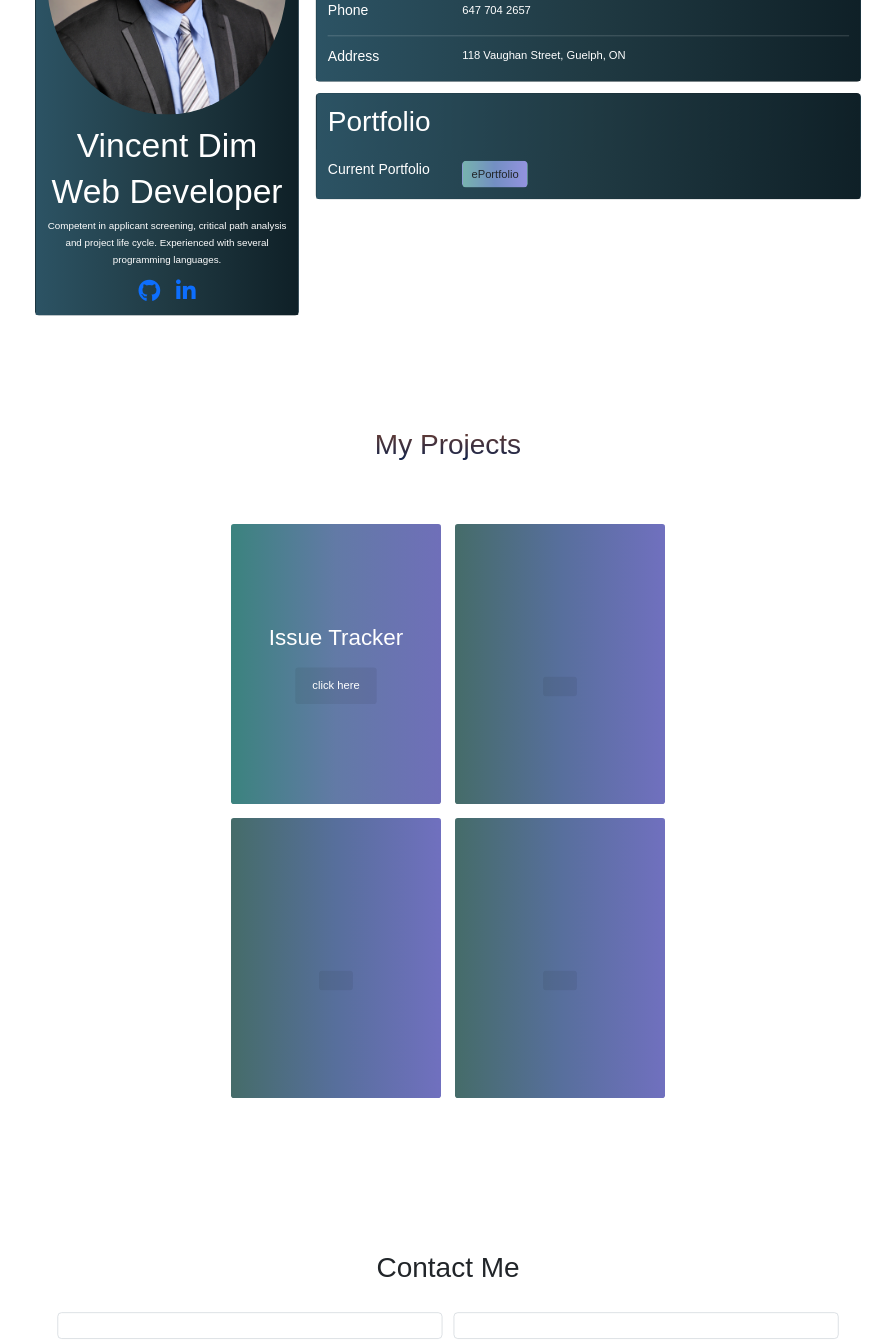
Repository: dvynchi/profile-2022
Page: index.html
The author's editor kept a copy of each file at every save. The page is drawn from the files as they stood at one save, then again after the next save.
The browser window is 1280 px wide. The pictures show the part of the page from y = 404 to 2324 px (the page is 2775 px tall before and 2746 px after), at 70% of full size.
Some web libraries are served in a nearby version.

Above is the page before, as saved 2022-08-31 16:08:48.

### index.html
<!DOCTYPE html>
<html lang="en">
<head>
    <meta charset="UTF-8">
    <meta http-equiv="X-UA-Compatible" content="IE=edge">
    <meta name="viewport" content="width=device-width, initial-scale=1.0">
    <title>Vincent Dim</title>
    <!-- embed remote icon library -->
    <script src="https://kit.fontawesome.com/f634dfbd28.js" crossorigin="anonymous"></script>
    <link rel="stylesheet" href="styles.css">
    <!-- embed remote style sheet - bootstrap -->
    <link rel="stylesheet" href="https://cdn.jsdelivr.net/npm/bootstrap@5.2.0/dist/css/bootstrap.min.css" rel="stylesheet" integrity="sha384-gH2yIJqKdNHPEq0n4Mqa/HGKIhSkIHeL5AyhkYV8i59U5AR6csBvApHHNl/vI1Bx" crossorigin="anonymous">
</head>

<body>

    <!-- Navbar Section -->

    <nav class="nav">
        <div class="navbar_container">
            <a href="#about" id="navbar_logo"><i class="fa fa-home fa" aria-hidden="true"></i></a>  <!--<a> is used to create hyperlink named color-->

                <!--create hamburger menu (3 bars)-->
            <div class="navbar_toggle" id="mobile-menu">
                <span class="bar"></span>
                <span class="bar"></span>
                <span class="bar"></span>
            </div>

            <!--CREATE NAV MENU-->
            <ul class="navbar_menu">
                <li class="navbar_item">
                    <a href="#about" class="navbar_links" id="about-page">About</a>
                </li>
                <li class="navbar_item">
                    <a href="#projects" class="navbar_links" id="projects-page">Projects</a>
                </li>
                <li class="navbar_item">
                    <a href="#contact" class="navbar_links" id="contact-page">Contact Me</a>
                </li>
            </ul>

            <!-- GitHub and Linkedin -->
            <!-- <ul class="icons">
                <li><a href="https://github.com/dvynchi/" class="github-icon"><span class="fa-brands fa-github"></span></a></li>
                <li><a href="https://www.linkedin.com/in/vincentdim/" class="linkedin-icon"><span class="fa-brands fa-linkedin-in"></span></a></li>
            </ul> -->
        </div>
    </nav>

    <!-- ABOUT and SIDEBAR -->
    <div class="main" id="about">
        <div class="main_container">
             <!-- SIDE BAR SECTION -->
             <div class="row">
                <div class="col-md-4 mt-1">
                    <div class="card text-center sidebar">
                        <div class="card-body">
                            <img src="./images/profile-pic-crop.png" class="rounded-circle" width="315" alt="profile picture">
                            <div class="mt-3">
                                <h3>Vincent Dim</h3>
                                <h2>Web Developer</h2>
                                <p>
                                    <small>
                                         Competent in applicant screening, critical path analysis and project life cycle. Experienced with several programming languages.
                                    </small>
                                </p>
                                <div class="" >
                                    <a href="https://github.com/dvynchi/" class="github-icon"><span class="fa-brands fa-github fa-2x "></span></a>
                                    <a>&nbsp&nbsp&nbsp</a>
                                    <a href="https://www.linkedin.com/in/vincentdim/" class="linkedin-icon"><span class="fa-brands fa-linkedin-in fa-2x"></span></a>
                                </div>
                            </div>
                        </div>
                    </div>
                </div>
                <!-- ABOUT SECTION -->
                <div class="col-md-8 mt-1">
                    <div class="card mb-3 content">
                        <h1 class="m-3 pt-3">About</h1>
                        <div class="card-body">
                            <div class="row">
                                <div class="col-md-3"><h5>Name</h5></div>
                                <div class="col-md-9"> Vincent Dim </div>
                            </div>
                            <hr> <!-- line break -->

                            <div class="row">
                                <div class="col-md-3"><h5>Email</h5></div>
                                <div class="col-md-9"> dvynchi@gmail.com</div>
                            </div>
                            <hr> <!-- line break -->

                            <div class="row">
                                <div class="col-md-3"><h5>Phone</h5></div>
                                <div class="col-md-9">647 704 2657</div>
                            </div>
                            <hr> <!-- line break -->

                            <div class="row">
                                <div class="col-md-3"><h5>Address</h5></div>
                                <div class="col-md-9">118 Vaughan Street, Guelph, ON</div>
                            </div>
                        </div>
                    </div>

                    <div class="card mb-3 content">
                        <h1 class="m-3">Portfolio</h1>
                        <div class="card-body">
                            <div class="row">
                                <div class="col-md-3">
                                    <h5>Current Portfolio</h5>
                                </div>
                                <div class="col-md-9">
                                    <a class="btn" href="https://drive.google.com/file/d/1sKFhM-arx19VCDvBgE4qauaddv_2z7kX/view?usp=sharing" role="button">ePortfolio</a>
                                </div>
                            </div>
                        </div>
                    </div>
                </div>
            </div>
        </div>
    </div>


    <!-- PROJECTS SECTION (use image tag in place of p to insert an image)-->

    <div class="projects" id="projects">
        <h1>My Projects</h1>
        <div class="projects_wrapper">

            <div class="projects_card">
                <h2>Issue Tracker</h2>
                <!-- <p>Description proj 1...</p> -->
                <div class="projects_btn"><button onclick="location.href='https://dvynchi.github.io/issue-tracker/'" type="button">click here</button></div>
            </div>
            <!-- ------------------------- -->
            <div class="projects_card">
                <h2></h2>
                <p></p>
                <div class="projects_btn"><button></button></div>
            </div>
            <!-- ------------------------- -->
            <div class="projects_card">
                <h2></h2>
                <p></p>
                <div class="projects_btn"><button></button></div>
            </div>
            <!-- ------------------------- -->
            <div class="projects_card">
                <h2></h2>
                <p></p>
                <div class="projects_btn"><button></button></div>
            </div>
        </div>
    </div>

    <!-- CONTACT SECTION (use image tag in place of p to insert an image)-->

    <div class="main" id="contact">
        <div class="main_container">
            <div class="main_content">
                <div class="container mt-5">
                    <h1>Contact Me</h1>
                    <!-- ----------- start grid (divide one row into cols)  Max container width is 12----------->
                    <!-- ----------- cols 1 + 2 = 100% , cols 3 + 4 = 100% ------->
                    <!-- ----------- 'required' ensures field must be filled --------->
                    <form class="row g-3" action="https://formsubmit.co/dvynchi@gmail.com" id="my_form"   method="POST">

                        <!-- Honeypot -->
                        <input type="text" name="_honey" style="display: none">
                        <!-- Success Page -->
                        <input type="hidden" name="_next" value="https://dvynchi.github.io/profile-2022/success.html">

                        <!-----------col1--medium column of 50% (ie: 6/12)--------->
                        <div class="col-md-6">
                            <label for="firstName" class="form-label">First Name</label>
                            <input type="text" class="form-control"  name="name" id="firstName" required>
                        </div>
                        <!---------------------col2 (ie: 6/12) ------------------------------>
                        <div class="col-md-6">
                            <label for="lastName" class="form-label">Last Name</label>
                            <input type="text" class="form-control" name="Last Name" id="lastName" required>
                        </div>
                        <!-- ---------------------- col3 wider (8/12) ----------------->
                        <div class="col-md-8">
                            <label for="emailInfo" class="form-label">Email</label>
                            <input type="email" class="form-control" name="email" id="emailInfo" required>
                        </div>
                        <!-- ---------------------- col4 wider (4/12) ----------------->
                        <div class="col-md-4">
                            <label for="phoneNumber" class="form-label">Phone</label>
                            <input type="text" class="form-control" name="phone" id="phoneNumber" placeholder="+1 (519) 123-4567">
                        </div>
                        <!-- -------- comments box is full width of the container ------>
                        <div class="col-md-12">
                            <label for="message" class="form-label">Message</label>
                            <textarea class="form-control" id="message" name="message" rows="3" required></textarea>
                        </div>
                        <!-- -------- Button ------>
                        <div class="col-md-12">
                            <!-- <button class="submit" id="btn btn-primary">Submit</button> -->
                            <!-- Had to use <a> so hover effect won't cover text. BUT THE FORM DOESN'T CLEAR-->
                            <button class="submit" id="btn btn-primary"><a> Submit</a></button>
                        </div>

                    </form>
                </div>
            </div>
        </div>
    </div>

    <!-- link app.js -->
    <!-- script tag is used to embed javascript-->
    <script src="app.js"></script>
</body>
</html>

### styles.css
* {
    box-sizing: border-box;
    margin: 0;
    padding: 0;
    font-family: 'Kumbh Sans', sans-serif;
    scroll-behavior: smooth;
}


/******************************************* NAV SECTION ***********************************************/
.nav {
    background: #131313;   /* Hex code */
    height: 80px;
    display: flex;
    justify-content: center;
    align-items: center;
    font-size: 1.4rem;        /* 1.4 * 16px */
    position: sticky;
    top: 0;
    z-index: 999;             /* so navbar is always on top when scrolling */
}

.navbar_container {
    display: flex;
    justify-content: space-between;
    text-align: center;
    height: 80px;
    z-index: 1;
    width: 100%;
    max-width: 1300px;
    margin: 0 auto ;           /* (top and bottom) (left and right) */
    padding: 0 50px;
}


/* id(#) is used to style only one element on the webpage */
/* class(.) is used to style multiple elements */


/* I added an icon as opposed to text */

#navbar_logo {
    margin: 10px;
    height: 60px;
    width: 60px;
    border-radius: 2px;
    display: flex;
    flex-direction: column;
    justify-content: center;
    color: #fff;
    background-image: linear-gradient(to right, #03324e 0%, #0e2d3e 100%);
}

.navbar_menu {
    display: flex;
    align-items: center;
    list-style: none;
}

.navbar_item {
    height: 80px;
}

.navbar_links {
    color: #fff;
    display: flex;
    align-items: center;
    justify-content: center;
    width: 125px;
    text-decoration: none;
    height: 100%;
    transition: all 0.3s ease;
}

/*Home icon properties*/
.navbar_btn {
    display: flex;
    justify-content: center;
    align-items: center;
    padding: 0 1rem;                         /* top bottom, left right */
    width: 100%;
}

/* nav links glow upon hover */
.navbar_links:hover {
    color:#1176b9;
    transition: all 0.3s ease;
}

/* RESPONSIVENESS */
/* site adjusts width of display */
/* If [device width] is less than or equal to max-width do {..} */

@media screen and (max-width: 960px) {
    .navbar_container {
        display: flex;
        justify-content: space-between;
        height: 80px;
        z-index: 1;
        width: 100%;
        max-width: 1300px;
        padding: 0;
    }

    /* DROPDOWN PROPERTIES */
    .navbar_menu {
        display: grid;
        grid-template-columns: auto;
        margin: 0;
        width: 100%;
        position: absolute;
        top: -1000px;               /* Prevents navbar from clustering together if page is below max-width. Must be used with position absolute */
        opacity: 1;
        transition: all 0.5s ease;
        z-index: -1;
    }

    .navbar_menu.active {
        background: #131313;
        top: 100%;
        opacity: 1;
        transition: all 0.5s ease;
        z-index: 99;
        height: 40vh;
        font-size: 1.6rem;
    }

    #navbar_logo {
        padding-left: 1px;       /* home button - originally 25px */
    }

    /* HAMBURGER SECTION */

    .navbar_toggle .bar {
        width: 25px;
        height: 3px;
        margin: 5px auto;
        transition: all 0.3s ease-in-out;
        background: #fff;
    }

    .navbar_item {
        width: 100%;
    }

    .navbar_links {
        text-align: center;
        padding: 2rem;
        width: 100%;
        display: table;
    }

    .navbar_btn  {
        padding-bottom: 2rem;
    }

    /* HAMBURGER */

    #mobile-menu  {
        position: absolute;
        top: 20%;
        right: 5%;
        transform: translate(5%, 20%);
    }

    .navbar_toggle .bar {
        display: block;
        cursor: pointer;
    }

    /* hamburger menu animation (see app.js) */
    /* hamburger menu id was defined as 'mobile-menu' in index.html */
    /* rotate bars 1,3; but hide bar 2 */

    #mobile-menu.is-active .bar:nth-child(2)  {
        opacity: 0;
    }
    #mobile-menu.is-active .bar:nth-child(1) {
        transform: translateY(8px) rotate(45deg);
    }
    #mobile-menu.is-active .bar:nth-child(3) {
        transform: translateY(-8px) rotate(-45deg);
    }

}


/* SCROLL ATTRIBUTE - line under nav links*/
.highlight {
    border-bottom: 4px solid rgb(0, 162, 255);
}


/******************************************* SIDEBAR ***********************************************/

.card-body {
    background: #0F2027;
    background: -webkit-linear-gradient(to right, #2C5364, #203A43, #0F2027);
    background: linear-gradient(to right, #2C5364, #203A43, #0F2027);
    height: 100%;
}

.card-body h2, .card-body h3, .card-body p {
    color: #fff;
}

/******************************************* ABOUT SECTION ***********************************************/

.main {
    background-color:  white;
    padding: 5rem 0;                        /* was 10rem, but too much space */
}

.main_container {
    display: grid;
    grid-template-columns: 1fr;      /*original was 1fr 1fr - split into two halves but not enough space */
    align-items: center;
    justify-content: center;
    margin: 0 auto;
    height: 90%;
    z-index: 1;
    width: 100%;
    max-width: 1300px;
    padding: 0 50px;
}

.main_container h3 {
    font-size: 3rem;
}

.main_container h2 {
    font-size: 3rem;
}



.row {
    color: #fff;
}

.card {
    background: -webkit-linear-gradient(to right, #2C5364, #203A43, #0F2027);
    background: linear-gradient(to right, #2C5364, #203A43, #0F2027);
}


/* Mobile Responsiveness for Sidebar, About and Contact Sections */

@media screen and (max-width: 1300px) {
    main_container
    {
        display: grid;
        grid-template-columns: 1fr;
        align-items: center;
        justify-content: center;
        width: 100%;
        margin: 0 auto;
        height: 90%;
    }

    .main_content  {
        text-align: center;
        margin-bottom: 4rem;
    }

    .main_content h1  {
        font-size: 2.5rem;
        margin-top: 2rem;
    }

    .main_content h2  {
        font-size: 2.5rem;
    }

    .main_content p  {
        font-size: 1rem;
        margin-top: 1.5rem;
    }

    .row img {                                       /* center image with screen change */
        display: grid;
        grid-template-columns: 1fr;
        align-items: center;
        justify-content: center;
        width: 100%;
        margin: 0 auto;
        height: 90%;

    }
}


/******************************************* PROJECTS SECTION ***********************************************/

.projects {
    background: white;
    display: flex;
    flex-direction: column;
    justify-content: center;
    align-items: center;
    height: 100%;
    padding: 5rem 0;                                 /* was 10rem, but too much space */
  }

.projects h1 {
    background-color: #6325a1;
    background-image: linear-gradient(to top, #10234c 0%, #724030 100%);
    background-size: 100%;
    -webkit-background-clip: text;
    -moz-background-clip: text;
    -webkit-text-fill-color: transparent;
    -moz-text-fill-color: transparent;
    margin-bottom: 5rem;
    font-size: 2.5rem;
}

.projects_wrapper {
    display: grid;
    grid-template-columns: 1fr 1fr;     /* add more per new project */
    grid-template-rows: 1fr;
}

/* Add color to each project card */

.projects_card {
    margin: 10px;
    height: 400px;
    width: 300px;
    border-radius: 4px;
    display: flex;
    flex-direction: column;
    justify-content: center;
    color: #fff;
    background-image: linear-gradient(to right,#3b837e, #627aa6, #6f6fb9);
    transition: 0.3s ease-in;
}

.projects_card:nth-child(2) {
    background: #7F7FD5;  /* fallback for old browsers */
    background: -webkit-linear-gradient(to right, #3b837e, #627aa6, #6f6fb9);
    background: linear-gradient(to right, #456c69, #576f9c, #7070bf);
}

.projects_card:nth-child(3) {
    background: #7F7FD5;  /* fallback for old browsers */
    background: -webkit-linear-gradient(to right, #3b837e, #627aa6, #6f6fb9);
    background: linear-gradient(to right, #456c69, #576f9c, #7070bf);
}

.projects_card:nth-child(4) {
    background: #7F7FD5;
    background: -webkit-linear-gradient(to right, #3b837e, #627aa6, #6f6fb9);
    background: linear-gradient(to right, #456c69, #576f9c, #7070bf);
}

.projects_card:nth-child(5) {
    background: #7F7FD5;
    background: -webkit-linear-gradient(to right, #3b837e, #627aa6, #6f6fb9);
    background: linear-gradient(to right, #456c69, #576f9c, #7070bf);
}

.projects_card:nth-child(6) {
    background: #7F7FD5;
    background: -webkit-linear-gradient(to right, #3b837e, #627aa6, #6f6fb9);
    background: linear-gradient(to right, #456c69, #576f9c, #7070bf);
}

.projects_card h2 {
    text-align: center;
}

.projects_card h3 {
    text-align: center;
}

.projects_card p {
    text-align: center;
    margin-top: 24px;
    font-size: 20px;
}

.projects_btn {
    display: flex;
    justify-content: center;
    margin-top: 16px;
}

/* button properties and animation. The entire card is the button */

.projects_card button {
    color: #fff;
    padding: 14px 24px;
    border: none;
    outline: none;
    border-radius: 4px;
    background: #13131313;
    font-size: 1rem;
}

.projects_card button:hover {
    cursor: pointer;
}

.projects_card:hover {
    transform: scale(1.075);
    transition: 0.3s ease-in;
    cursor: pointer;
}

/* split cards into grid at specified browser width */

@media screen and (max-width: 1300px) {
    .projects_wrapper {
        grid-template-columns: 1fr 1fr;
    }
}

@media screen and (max-width: 768px) {
    .projects_wrapper {
        grid-template-columns: 1fr;
    }
}

/******************************************* CONTACT SECTION ***********************************************/


.main_content {
    text-align: center;
    margin-bottom: 4rem;
}

.main_content h1 {
    font-size: 2.5rem;
    margin-top: 2rem;
}

.main_content h2 {
    font-size: 2.5rem;
}

.main_content p {
    font-size: 1rem;
    margin-top: 1.5rem;
}


.submit {
    font-size: 1.5rem;
    background: #7F7FD5;
    background: -webkit-linear-gradient(to right, #3b837e, #627aa6, #6f6fb9);
    background: linear-gradient(to right, #456c69, #576f9c, #7070bf);
    padding: 5px 15px;
    border: none;
    outline: none;
    border-radius: 4px;
    margin-top: 2rem;
    cursor: pointer;
    position: relative;
    color: rgb(234, 216, 216);
    transition: all 0.3s ease;
    outline: none;
}

.submit a {
    position: relative;
    z-index: 2;
    color: #fff;
    text-decoration: none;
}

/* hover effect for button */
.submit::after {
    position: absolute;
    content: '';
    top: 0;
    left: 0;
    width: 0;
    height: 100%;
    background: #740274;
    transition: all 0.35s;
    border-radius: 4px;
}

.submit:hover {
    color: rgb(255, 255, 255);
}

.submit:hover:after {
    width: 100%;
}

/* ePortfolio button */

.btn {
    font-size: 10rem;
    background: #7F7FD5;
    background: -webkit-linear-gradient(to right, #75cec8, #91acdc, #8c8cdb);
    background: linear-gradient(to right, #77b3ae, #738fc3, #9393df);
    padding: 5px 15px;
    border: none;
    outline: none;
    border-radius: 4px;
    cursor: pointer;
    position: relative;
    color: rgb(234, 216, 216);
    transition: all 0.3s ease-in;
}

.p {
    font-size: 12px;
}

### app.js
const ham = document.querySelector('#mobile-menu');
const hamLinks = document.querySelector('.navbar_menu');
// const navLogo = document.querySelector('#navbar_logo')

/* display mobile menu using arrow function */
/* toggle the "is-active" class made in css */

const mobileMenu = () =>
{
    ham.classList.toggle('is-active');
    hamLinks.classList.toggle('active');
};

/* Run hamMenu function upon click */
ham.addEventListener('click', mobileMenu);




/************************************* Unnecessary ****************************************************** */


/* Show active menu when scrolling - Auto switch navbar when scrolling */

const highlightMenu = () =>
{
    const elem = document.querySelector('.highlight')
    const aboutMenu = document.querySelector('#about-page')
    const projectsMenu = document.querySelector('#projects-page')
    const contactMenu = document.querySelector('#contact-page')

    let scrollPos = window.scrollY

      //   Add highlights class to menu items [desktop view only i.e 960px]
      //   Every 600px while scrolling, the tabs auto switch to the corresponding page
    if (window.innerWidth > 960 && scrollPos < 600)
    {
        aboutMenu.classList.add('highlight')
        projectsMenu.classList.remove('highlight')
        return;
    }
    else if (window.innerWidth > 960 && scrollPos < 1400)
    {
        projectsMenu.classList.add('highlight')
        aboutMenu.classList.remove('highlight')
        contactMenu.classList.remove('highlight')
        return;
    }
    else if (window.innerWidth > 960 && scrollPos < 2345)
    {
        contactMenu.classList.add('highlight')
        projectsMenu.classList.remove('highlight')
        return;
    }

    if ((elem && window.innerWidth < 960 && scrollPos < 600) || elem)
    {
        elem.classList.remove('highlight')
    }

}

// call highlightMenu
window.addEventListener('scroll', highlightMenu);
window.addEventListener('click', highlightMenu);

After the next save:
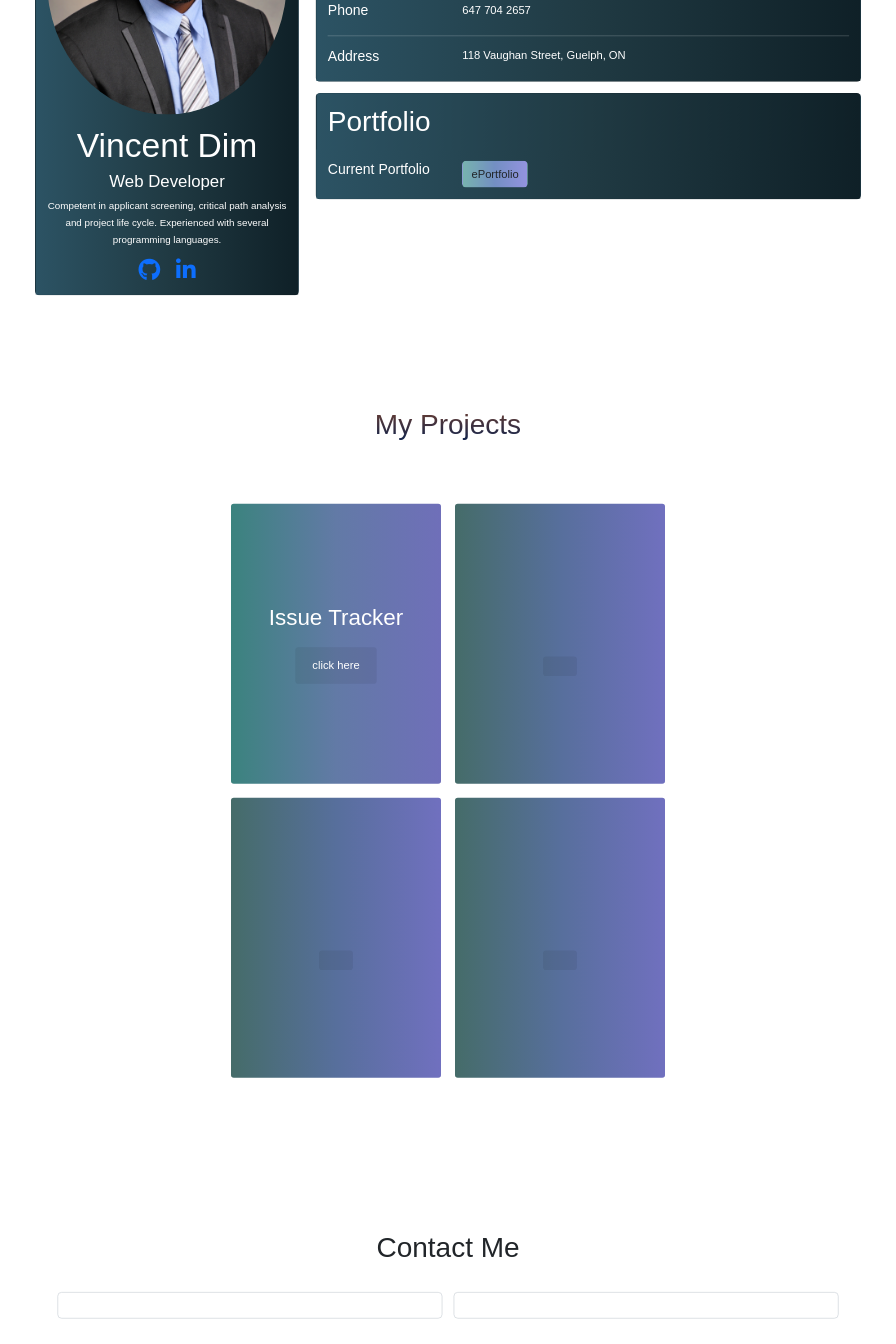
Saved 31 s later.
--- a/styles.css
+++ b/styles.css
@@ -229,7 +229,7 @@
 }
 
 .main_container h2 {
-    font-size: 3rem;
+    font-size: 1.5rem;
 }
 
 
